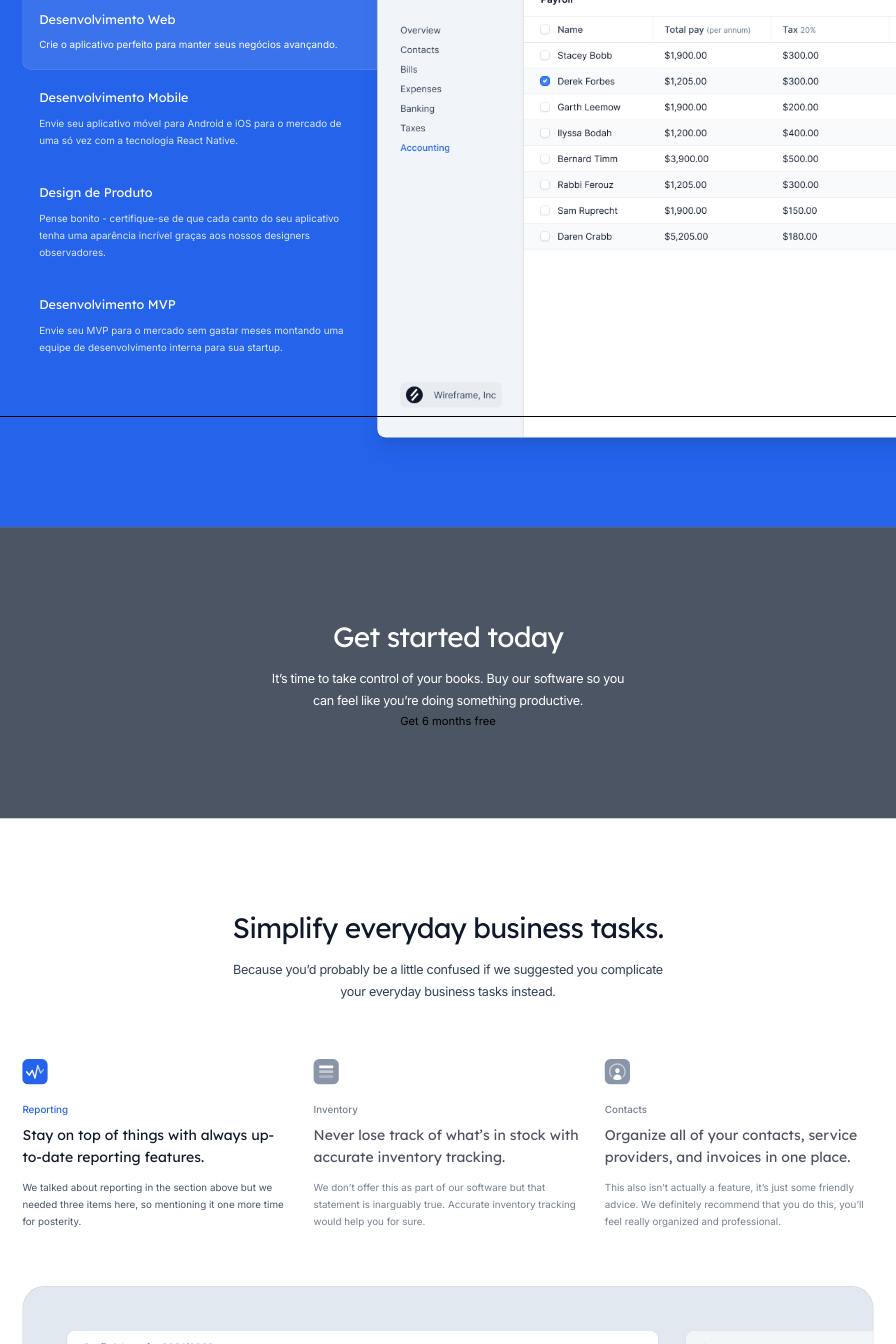
Repository: LuisSempre/imaginative
Page: /
An editor plug-in stored every save of this project. The page is shown before and after a run of saves, followed by the edit.
The browser window is 1280 px wide. The pictures show the part of the page from y = 2310 to 4230 px (the page is 10334 px tall), at 70% of full size.
The project was rebuilt for these pictures with package versions that can differ from the ones it lists, and the page was loaded fresh each time. The framework's server and built-in components were replaced by stand-ins that run in the browser. Also part of the build but not shown: next.config.js.

Above is the page before, as saved 2022-07-15 10:48:43.

After the next 2 saves:
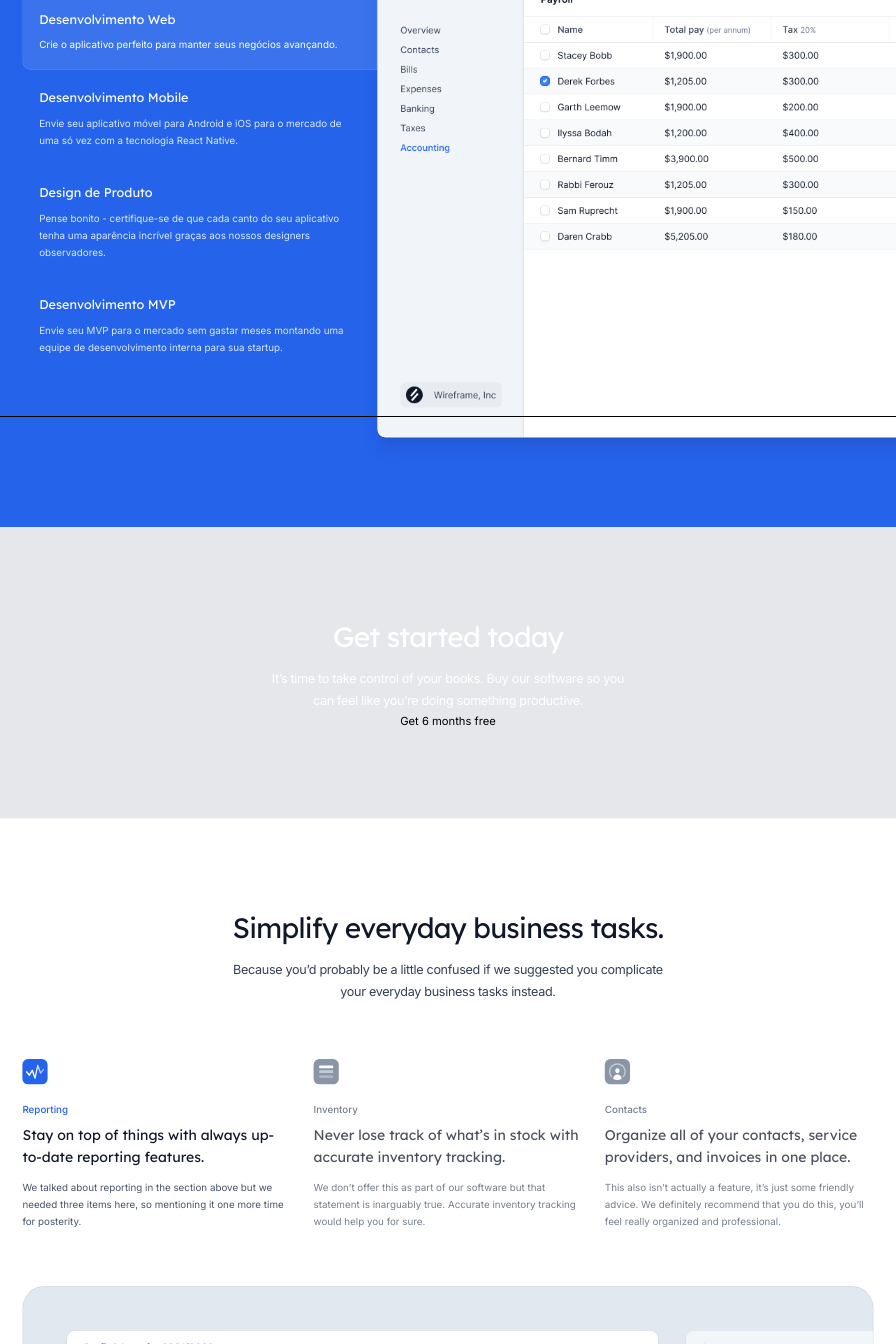
The 2 saves are shown as one change because they came seconds apart.
The last was saved 8 s later.
--- a/src/components/Tecnology.jsx
+++ b/src/components/Tecnology.jsx
@@ -7,7 +7,7 @@
   return (
     <section
       id="get-started-today"
-      className="relative py-32 overflow-hidden bg-gray-600"
+      className="relative py-32 overflow-hidden bg-gray-200"
     >
       <Container className="relative">
         <div className="max-w-lg mx-auto text-center">
